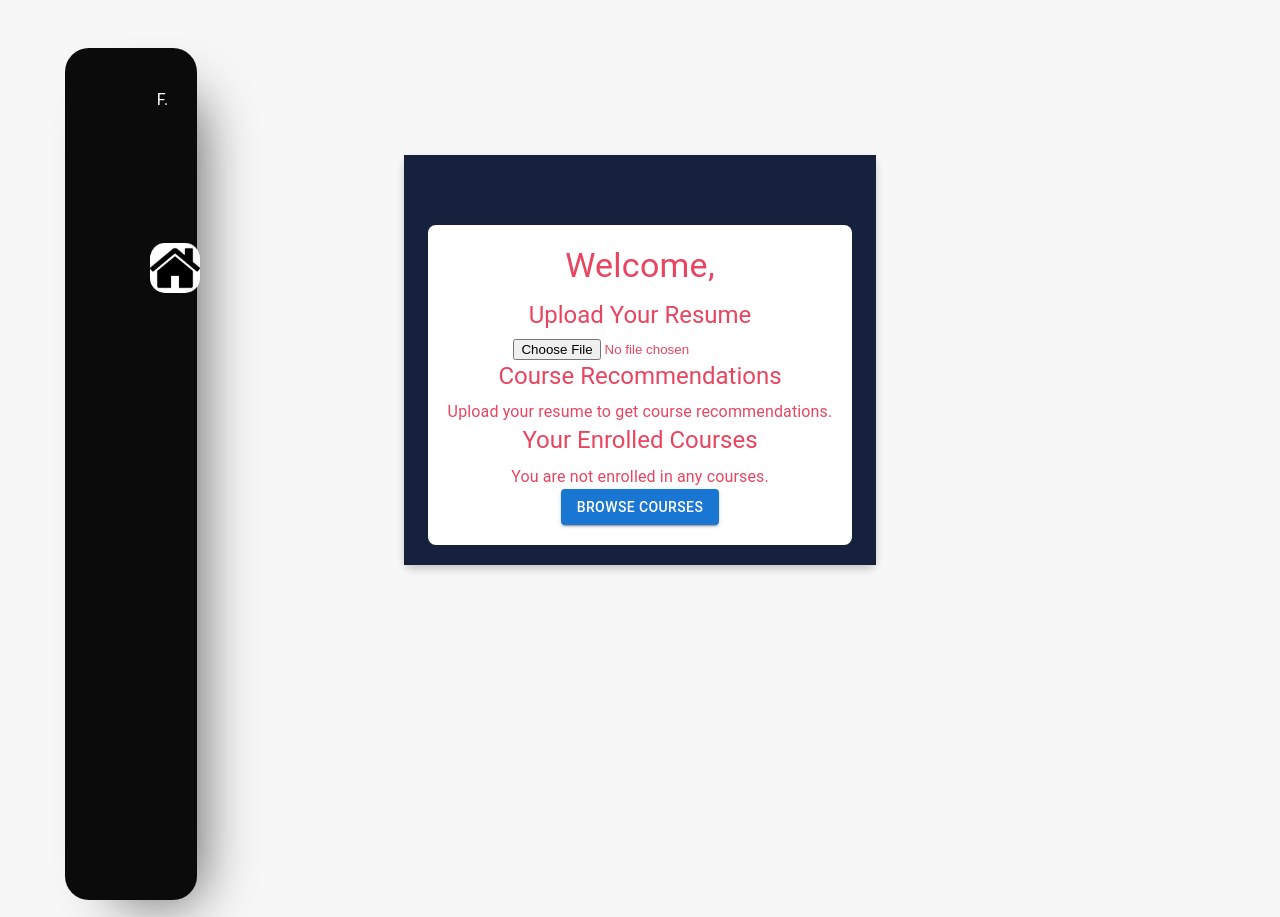
Repository: jvt2/OnlineCourseApp
Page: /dashboard
An editor plug-in stored every save of this project. The page is shown before and after the next save, followed by the edit.
The browser window is 1280 px wide. The pictures show the whole page.
The page's requests for data from a server got no answer. The project was rebuilt for these pictures with package versions that can differ from the ones it lists, and the page was loaded fresh each time. No one was signed in, and anything a server would have sent is missing. Also part of the build but not shown: src/features/auth/Register.js, src/features/auth/Login.js, src/features/courses/ResumeUpload.js, src/features/courses/CourseRecommendations.js, src/components/common/MyModal.js, src/features/courses/CourseCatalog.js, src/features/courses/CourseDetail.js, src/components/common/Navbar.js and 3 more. Imported but missing from the stored project, and not drawn on this page: src/app/reportWebVitals.

Above is the page before, as saved 2024-07-14 21:31:37.

### src/index.js
import React from 'react';
import ReactDOM from 'react-dom/client';
import { Provider } from 'react-redux';
import store from './redux/store';
import './index.css';
import App from './app/App';
import reportWebVitals from './app/reportWebVitals';

const root = ReactDOM.createRoot(document.getElementById('root'));
root.render(
  <React.StrictMode>
    <App />
  </React.StrictMode>
);

// If you want to start measuring performance in your app, pass a function
// to log results (for example: reportWebVitals(console.log))
// or send to an analytics endpoint. Learn more: https://bit.ly/CRA-vitals
reportWebVitals();

### src/redux/store.js
// src/redux/store.js

import { configureStore } from '@reduxjs/toolkit';
import userReducer from './userReducer';

const store = configureStore({
  reducer: {
    user: userReducer,
  },
});

export default store;

### src/app/App.js
import { BrowserRouter as Router, Route, Routes } from 'react-router-dom';
import React, { useState } from 'react';
import logo from '../logo.svg';
import './App.css';
import Register from '../features/auth/Register';
import Login from '../features/auth/Login';
import CourseCatalog from '../features/courses/CourseCatalog';
import CourseDetail from '../features/courses/CourseDetail';
import UserDashboard from '../features/dashboard/Dashboard';
import Navbar from '../components/common/Navbar';
import { Provider } from 'react-redux';
import store from '../redux/store'; // import your Redux store here
import Logout from '../features/auth/Logout'; // Import the Logout component
import Chatbot from '../features/chatbot/Chatbot';
import CourseRecommendations from '../features/courses/CourseRecommendations';
import axios from 'axios';
import ResumeUpload from '../features/courses/ResumeUpload';
import LandingPage from '../components/common/LandingPage';

function App() {
  const [loggedIn, setLoggedIn] = useState(false);
  const [users, setUsers] = useState([]);
  const [currentUser, setCurrentUser] = useState(null);
  const [recommendations, setRecommendations] = useState([]);

  const handleResumeUpload = (newRecommendations) => {
    console.log('New Recommendations:', newRecommendations);
    setRecommendations(newRecommendations);
  };

  const [courses, setCourses] = useState([
    {id: 1, name: 'Course 1', description: 'This is course 1'},
    {id: 2, name: 'Course 2', description: 'This is course 2'}
  ]);

  const handleRegister = async (username, password) => {
    try {
      const response = await axios.post('http://localhost:3001/register', { username, password });
      alert(response.data.message);
      // Log in the new user if registration is successful
      handleLogin(username, password);
    } catch (error) {
      alert(error.response.data.message);
    }
  };

  const handleLogin = async (username, password) => {
    try {
      const response = await axios.post('http://localhost:3001/login', { username, password });
      localStorage.setItem('token', response.data.token);
      setLoggedIn(true);
      setCurrentUser({ username });
    } catch (error) {
      alert('Login failed. Please check your username and password.');
    }
  };

  const handleEnroll = async (course) => {
    try {
      const token = localStorage.getItem('token');
      await axios.post('http://localhost:3001/enroll', { courseId: course.id }, {
        headers: { 'Authorization': `Bearer ${token}` }
      });
      setEnrolledCourses([...enrolledCourses, course]);
    } catch (error) {
      console.error('Enrollment failed', error);
    }
  };

  const [enrolledCourses, setEnrolledCourses] = useState([]);
  const [isModalOpen, setIsModalOpen] = useState(false);

  const handleSelectRecommendation = (recommendation) => {
    const newCourse = {
      id: courses.length + 1,
      name: recommendation.text,
      description: 'This is a recommended course based on your resume.'
    };

    setCourses([...courses, newCourse]);
    setEnrolledCourses([...enrolledCourses, newCourse]);
    setIsModalOpen(false);
  };

  return (
    <Provider store={store}>
      <Router>
        <div className="App">
          <Routes>
            <Route path="/" element={<LandingPage />} />
            <Route path="/register" element={<Register />} />
            <Route path="/login" element={<Login />} />
            <Route path="/dashboard" element={<UserDashboard />} /> {/* Added this line */}
          </Routes>
        </div>
      </Router>
    </Provider>
  );
}

export default App;

### src/redux/userReducer.js
// src/redux/userReducer.js
// src/redux/userReducer.js
import { createSlice } from '@reduxjs/toolkit';

const initialState = {
  id: null,
  email: null,
  token: null,
};

const userSlice = createSlice({
  name: 'user',
  initialState,
  reducers: {
    logIn(state, action) {
      state.id = action.payload.id;
      state.email = action.payload.email;
      state.token = action.payload.token;
    },
    logOut(state) {
      state.id = null;
      state.email = null;
      state.token = null;
    },
  },
});

export const { logIn, logOut } = userSlice.actions;
export default userSlice.reducer;

### src/app/App.css
/* App.css */
:root {
  --primary-bg-color: #1E1E2F;
  --secondary-bg-color: #282840;
  --primary-text-color: #F5F5F5;
  --link-color: #61dafb;
  --accent-color: #FF6B6B;
  --navbar-height: 4rem;
  --content-padding: 20px;
  --border-radius: 8px;
  --transition-duration: 0.3s;
  --gradient-bg-color: linear-gradient(120deg, #84fab0 0%, #8fd3f4 100%);
}

.App {
  text-align: center;
  font-family: 'Arial', sans-serif;
  background-color: var(--primary-bg-color);
}

.App-logo {
  height: 40vmin;
  pointer-events: none;
  filter: drop-shadow(0 0 10px var(--accent-color));
}

.App-header {
  background-color: var(--secondary-bg-color);
  min-height: 100vh;
  display: flex;
  flex-direction: column;
  align-items: center;
  justify-content: center;
  font-size: calc(10px + 2vmin);
  color: var(--primary-text-color);
  border-bottom-left-radius: var(--border-radius);
  border-bottom-right-radius: var(--border-radius);
}

.App-link {
  color: var(--link-color);
  transition: color var(--transition-duration);
}

.App-link:hover {
  color: var(--accent-color);
}

@media (prefers-reduced-motion: no-preference) {
  .App-logo {
    animation: App-logo-spin infinite 20s linear;
  }
}

@keyframes App-logo-spin {
  from {
    transform: rotate(0deg);
  }
  to {
    transform: rotate(360deg);
  }
}

.site-navbar {
  display: flex;
  align-items: center;
  background: var(--gradient-bg-color);
  padding: 10px 20px;
  height: var(--navbar-height);
  font-weight: 500;
  box-shadow: 0 4px 6px rgba(0, 0, 0, 0.1);
}

.navbar-nav {
  display: flex;
  align-items: center;
  list-style: none;
  margin: 0;
  padding: 0;
  flex-grow: 1;
  justify-content: center;
}

.nav-item {
  display: flex;
  align-items: center;
  justify-content: center;
  text-decoration: none;
  color: var(--primary-text-color);
  padding: 15px 25px;
  transition: all 0.3s ease-in-out;
  border-radius: var(--border-radius);
  position: relative;
}

.nav-item:before {
  content: '';
  position: absolute;
  top: 0;
  left: 0;
  width: 0;
  height: 100%;
  background: var(--accent-color);
  border-radius: var(--border-radius);
  transition: width 0.3s ease-in-out;
  z-index: -1;
}

.nav-item:hover:before {
  width: 100%;
}

.nav-item:hover {
  color: var(--secondary-bg-color);
  box-shadow: 0 4px 8px rgba(0, 0, 0, 0.2);
  text-decoration: none;
}

.navbar-brand {
  margin-right: auto;
  color: var(--primary-text-color);
  font-size: 1.5em;
  font-weight: bold;
}

.App-content {
  padding: var(--content-padding);
  color: var(--primary-text-color);
}

.App-footer {
  text-align: center;
  padding: var(--content-padding);
  background-color: var(--secondary-bg-color);
  color: var(--primary-text-color);
  box-shadow: 0 -4px 6px rgba(0, 0, 0, 0.1);
}

.course-recommendations {
  width: 80%;
  margin: auto;
  background: #f9f9f9;
  padding: 20px;
  border-radius: 5px;
  box-shadow: 0px 0px 10px rgba(0, 0, 0, 0.1);
}

.course-recommendations h2 {
  text-align: center;
  color: #333;
}

.course-recommendations .course {
  padding: 10px 0;
  border-bottom: 1px solid #eee;
}

.course-recommendations .course:last-child {
  border-bottom: none;
}

.course-recommendations .course button {
  margin-left: 10px;
}

body {
  background-color: #1a1a2e;
  color: #e94560;
}

.MuiContainer-root {
  background-color: #16213e;
  border-radius: 8px;
  padding: 20px;
  box-shadow: 0 4px 8px rgba(0, 0, 0, 0.2);
}

.customTextField .MuiInputBase-input {
  color: #fff;
  background-color: rgba(255, 255, 255, 0.1);
}

.customTextField .MuiInputLabel-root {
  color: rgba(255, 255, 255, 0.7);
}

.customTextField .MuiInputLabel-root.Mui-focused {
  color: #fff;
}

.customTextField .MuiOutlinedInput-root {
  &.Mui-focused .MuiOutlinedInput-notchedOutline {
    border-color: #fff;
  }
  & .MuiOutlinedInput-notchedOutline {
    border-color: rgba(255, 255, 255, 0.5);
  }
}

### src/features/dashboard/Dashboard.js
// src/features/dashboard/Dashboard.js
import React, { useEffect, useState } from 'react';
import axios from 'axios';
import { useSelector } from 'react-redux';
import { Container, Typography, Button, Box, List, ListItem, ListItemText } from '@mui/material';
import { useNavigate } from 'react-router-dom';
import './Dashboard.css'; // Correct import for CSS

function Dashboard() {
  const [enrolledCourses, setEnrolledCourses] = useState([]);
  const [recommendations, setRecommendations] = useState([]);
  const token = useSelector(state => state.user.token);
  const userId = useSelector(state => state.user.id);
  const userEmail = useSelector(state => state.user.email);
  const navigate = useNavigate();

  useEffect(() => {
    const fetchEnrolledCourses = async () => {
      try {
        const response = await axios.get(`http://localhost:3001/user/${userId}/courses`, {
          headers: { Authorization: `Bearer ${token}` }
        });
        setEnrolledCourses(response.data);
      } catch (error) {
        console.error('Error fetching enrolled courses:', error);
      }
    };

    const fetchRecommendations = async () => {
      try {
        const response = await axios.get(`http://localhost:3001/user/${userId}/recommendations`, {
          headers: { Authorization: `Bearer ${token}` }
        });
        setRecommendations(response.data);
      } catch (error) {
        console.error('Error fetching recommendations:', error);
      }
    };

    fetchEnrolledCourses();
    fetchRecommendations();
  }, [userId, token]);

  const handleResumeUpload = async (event) => {
    const formData = new FormData();
    formData.append('resume', event.target.files[0]);

    try {
      const response = await axios.post('http://localhost:3001/uploadResume', formData, {
        headers: {
          'Content-Type': 'multipart/form-data',
          Authorization: `Bearer ${token}`,
        },
      });
      setRecommendations(response.data.recommendations);
    } catch (error) {
      console.error('Error uploading resume:', error);
    }
  };

  return (
    <Container component="main" maxWidth="md">
      <Box className="sidebar">
        <div className="sidebar-blur"></div>
        <div className="sidebar-main">
          <Typography className="sidebar-logo">F.</Typography>
          <div className="sidebar-icon icon-home"></div>
          <div className="sidebar-icon icon-graduation"></div>
          <div className="sidebar-icon icon-user"></div>
          <div className="sidebar-icon icon-message"></div>
          <div className="sidebar-icon icon-settings"></div>
          <div className="sidebar-icon icon-logout"></div>
        </div>
      </Box>
      <Box className="dashboard-container">
        <Typography className="dashboard-header" variant="h4" gutterBottom>
          Welcome, {userEmail}
        </Typography>
        <Box className="upload-container">
          <Typography variant="h5" gutterBottom>
            Upload Your Resume
          </Typography>
          <input type="file" onChange={handleResumeUpload} accept=".pdf,.doc,.docx,.txt" />
        </Box>
        <Box className="recommendations-container">
          <Typography variant="h5" gutterBottom>
            Course Recommendations
          </Typography>
          {recommendations.length > 0 ? (
            <List>
              {recommendations.map((rec, index) => (
                <ListItem key={index}>
                  <ListItemText primary={rec.title} secondary={rec.description} />
                </ListItem>
              ))}
            </List>
          ) : (
            <Typography variant="body1">Upload your resume to get course recommendations.</Typography>
          )}
        </Box>
        <Box className="enrolled-courses-container">
          <Typography variant="h5" gutterBottom>
            Your Enrolled Courses
          </Typography>
          {enrolledCourses.length > 0 ? (
            <List>
              {enrolledCourses.map(course => (
                <ListItem key={course.id}>
                  <ListItemText primary={course.name} />
                </ListItem>
              ))}
            </List>
          ) : (
            <Typography variant="body1">You are not enrolled in any courses.</Typography>
          )}
        </Box>
        <Box className="button-container">
          <Button variant="contained" color="primary" onClick={() => navigate('/courses')}>
            Browse Courses
          </Button>
        </Box>
      </Box>
    </Container>


  );
}

export default Dashboard;

### src/features/auth/Logout.js
// Logout.js
import { useEffect } from 'react';
import { useDispatch } from 'react-redux';
import { useNavigate } from 'react-router-dom';
import { logOut } from '../../redux/reducers/userslice'; // Import the logOut action

function Logout() {
  const navigate = useNavigate();
  const dispatch = useDispatch();

  useEffect(() => {
    localStorage.removeItem('token'); // Remove the token from local storage
    dispatch(logOut()); // Dispatch the logOut action
    navigate('/login'); // Navigate to the login page
  }, [dispatch, navigate]);

  return null;
}

export default Logout;

### src/components/common/LandingPage.css
body {
    display: flex;
    justify-content: center;
    align-items: center;
    height: 100vh;
    background-color: #f7f7f7;
    margin: 0;
    font-family: 'Roboto', sans-serif;
  }

  .sign-in-container {
    display: flex;
    justify-content: center;
    align-items: center;
    height: 100%;
    width: 100%;
  }

  .sign-in-form {
    background-color: white;
    padding: 60px;
    border-radius: 10px;
    box-shadow: 0 4px 8px rgba(0, 0, 0, 0.1);
    text-align: center;
    max-width: 600px;
    width: 90%;
  }

  .logo {
    width: 200px;
    height: 200px;
    margin-bottom: 30px;
    background-color: white;
    border-radius: 10px;
  }

  h1 {
    margin: 0;
    font-size: 32px;
    font-weight: 700;
  }

  .subtitle {
    margin: 10px 0;
    color: #555;
    font-size: 18px;
  }

  .google-sign-in {
    background-color: #ffffff;
    color: #000;
    border: 1px solid #ccc;
    padding: 15px;
    width: 100%;
    border-radius: 5px;
    margin-bottom: 30px;
    display: flex;
    justify-content: center;
    align-items: center;
    cursor: pointer;
    font-size: 18px;
    font-weight: 500;
    transition: background-color 0.3s;
  }

  .google-sign-in:hover {
    background-color: #f0f0f0;
  }

  .google-logo {
    width: 25px;
    margin-right: 10px;
  }

  .separator {
    display: flex;
    align-items: center;
    text-align: center;
    margin: 30px 0;
    color: #aaa;
    font-size: 18px;
  }

  .separator::before,
  .separator::after {
    content: '';
    flex: 1;
    border-bottom: 1px solid #ccc;
  }

  .separator:not(:empty)::before {
    margin-right: .5em;
  }

  .separator:not(:empty)::after {
    margin-left: .5em;
  }

  .email-input,
  .password-input {
    width: 100%;
    padding: 15px;
    margin-bottom: 30px;
    border: 1px solid #ccc;
    border-radius: 5px;
    font-size: 18px;
    transition: border-color 0.3s;
  }

  .email-input:focus,
  .password-input:focus {
    border-color: #007bff;
    outline: none;
  }

  .continue-button {
    background-color: #9b51e0;
    color: white;
    border: none;
    padding: 15px;
    width: 100%;
    border-radius: 5px;
    font-size: 18px;
    font-weight: 500;
    cursor: pointer;
    transition: background-color 0.3s;
    margin-bottom: 10px; /* Add margin to separate the buttons */
  }

  .continue-button:hover {
    background-color: #7a3bc0;
  }

  .email-error {
    color: red;
    margin-top: 10px;
    font-size: 14px;
  }


  .back-button {
    background-color: #ccc;
    color: white;
    border: none;
    padding: 15px;
    width: 100%;
    border-radius: 5px;
    font-size: 18px;
    font-weight: 500;
    cursor: pointer;
    transition: background-color 0.3s;
    margin-bottom: 10px; /* Add margin to separate the buttons */
  }

  .back-button:hover {
    background-color: #aaa;
  }

  .sign-up-link {
    margin-top: 30px;
    color: #aaa;
    font-size: 18px;
  }

  .sign-up-link a {
    color: #9b51e0;
    text-decoration: none;
  }

  .sign-up-link a:hover {
    text-decoration: underline;
  }

### src/features/dashboard/Dashboard.css
/* Dashboard CSS */

/* General styles for the dashboard */
.dashboard-container {
    background: #FFFFFF;
    padding: 20px;
    border-radius: 8px;
    margin-top: 50px;
    text-align: center;
  }

  /* Sidebar styles */
  .sidebar {
    position: absolute;
    width: 132px;
    height: 853.12px;
    left: 32.34px;
    top: 24.02px;
    display: flex;
    flex-direction: column;
    align-items: center;
    justify-content: space-around; /* Evenly distribute space around the items */
    padding: 20px 0;
  }

  .sidebar-blur {
    position: absolute;
    width: 81.01px;
    height: 804px;
    left: 83.32px;
    top: 73.14px;
    background: #0C0B0B;
    opacity: 0.7;
    filter: blur(30px);
    border-radius: 24px;
  }

  .sidebar-main {
    position: absolute;
    width: 132px;
    height: 852px;
    left: 32.34px;
    top: 24.02px;
    background: #0C0B0B;
    border-radius: 24px;
  }

  .sidebar-logo {
    position: absolute;
    width: 47px;
    height: 102px;
    left: 74.46px;
    top: 39.67px;
    font-family: 'Baloo Bhai';
    font-style: normal;
    font-weight: 400;
    font-size: 64px;
    line-height: 102px;
    color: #FFFFFF;
    margin-bottom: 40px; /* Adjust as needed */
  }

  .sidebar-icon {
    position: absolute;
    width: 26px;
    height: 26px;
    left: 85.15px;
    margin-bottom: 30px; /* Adjust as needed */
  }

  .sidebar-icon.icon-home {
    width: 50px;
    height: 50px;
    background-image: url('/public/assets/home-icon-1.png');
    border-radius: 30%;
    display: flex;
    justify-content: center;
    margin: auto;
    align-items: center;
    background-size: contain;
    background-repeat: no-repeat;
    top:22.84%;
  }

  .icon-graduation {
    top: 32.84%;
    background-position: center;
  }

  .icon-user {
    top: 42.46%;
    background-position: center;
  }

  .icon-message {
    top: 52.44%;
    background-position: center;
  }

  .icon-settings {
    top: 62.11%;
  }

  .icon-logout {
    top: 89.95%;
    background-position: center;
  }

  .icon-background {
    background: #FFFFFF;
    background-position: center;
  }

### src/redux/reducers/userslice.js
import { createSlice } from '@reduxjs/toolkit';

const userSlice = createSlice({
  name: 'user',
  initialState: { name: '', loggedIn: false },
  reducers: {
    logIn: (state, action) => {
      state.name = action.payload.name;
      state.loggedIn = true;
    },
    logOut: (state) => {
      state.name = '';
      state.loggedIn = false;
    }
  }
});

export const { logIn, logOut } = userSlice.actions;
export default userSlice.reducer;

Loaded but not shown: public/index.html (common file); src/index.css (common file)

After the next save:
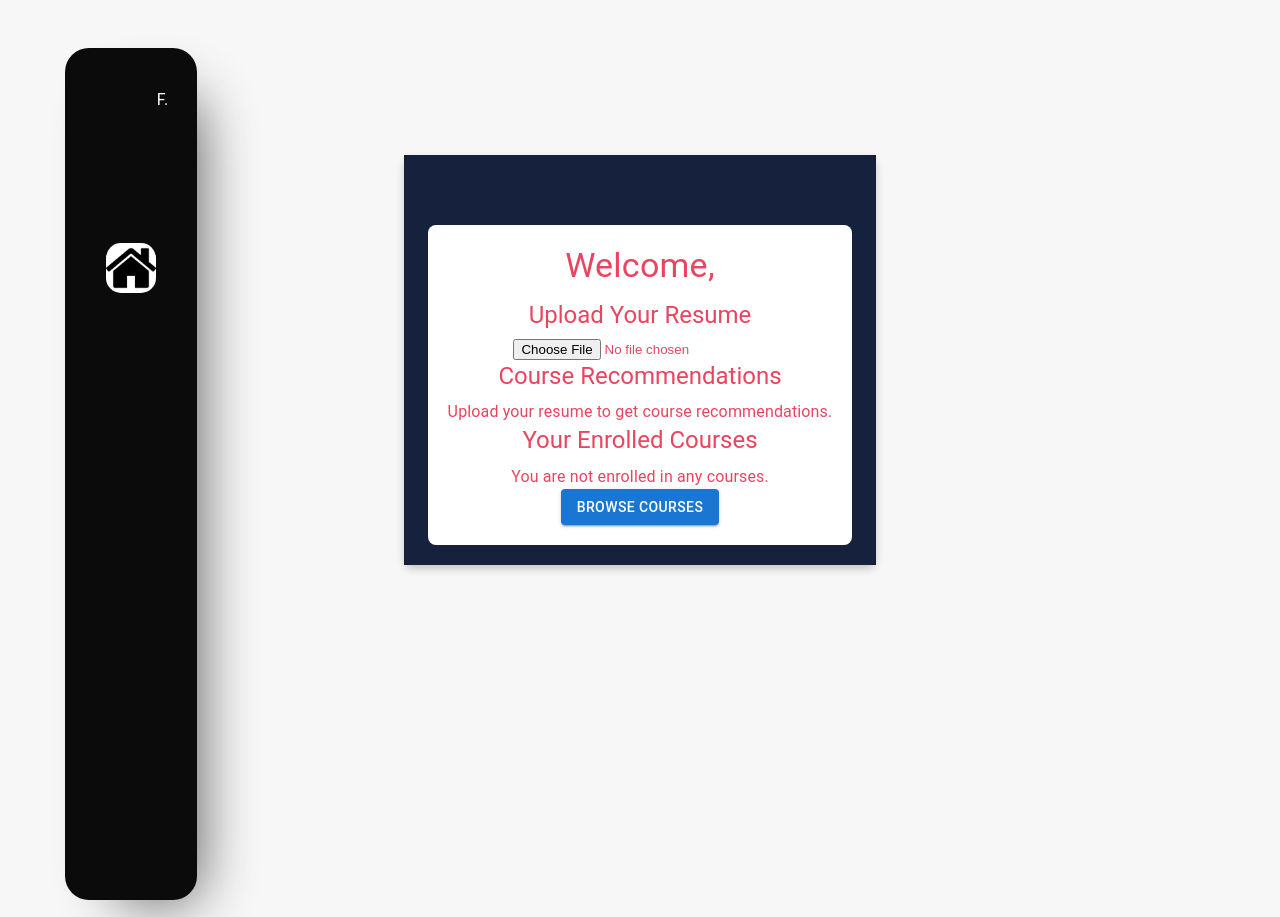
Saved 23 s later.
--- a/src/features/dashboard/Dashboard.css
+++ b/src/features/dashboard/Dashboard.css
@@ -73,10 +73,9 @@
     height: 50px;
     background-image: url('/public/assets/home-icon-1.png');
     border-radius: 30%;
-    display: flex;
-    justify-content: center;
-    margin: auto;
-    align-items: center;
+    position: absolute;
+    left: 50%;
+    transform: translateX(-50%);
     background-size: contain;
     background-repeat: no-repeat;
     top:22.84%;
